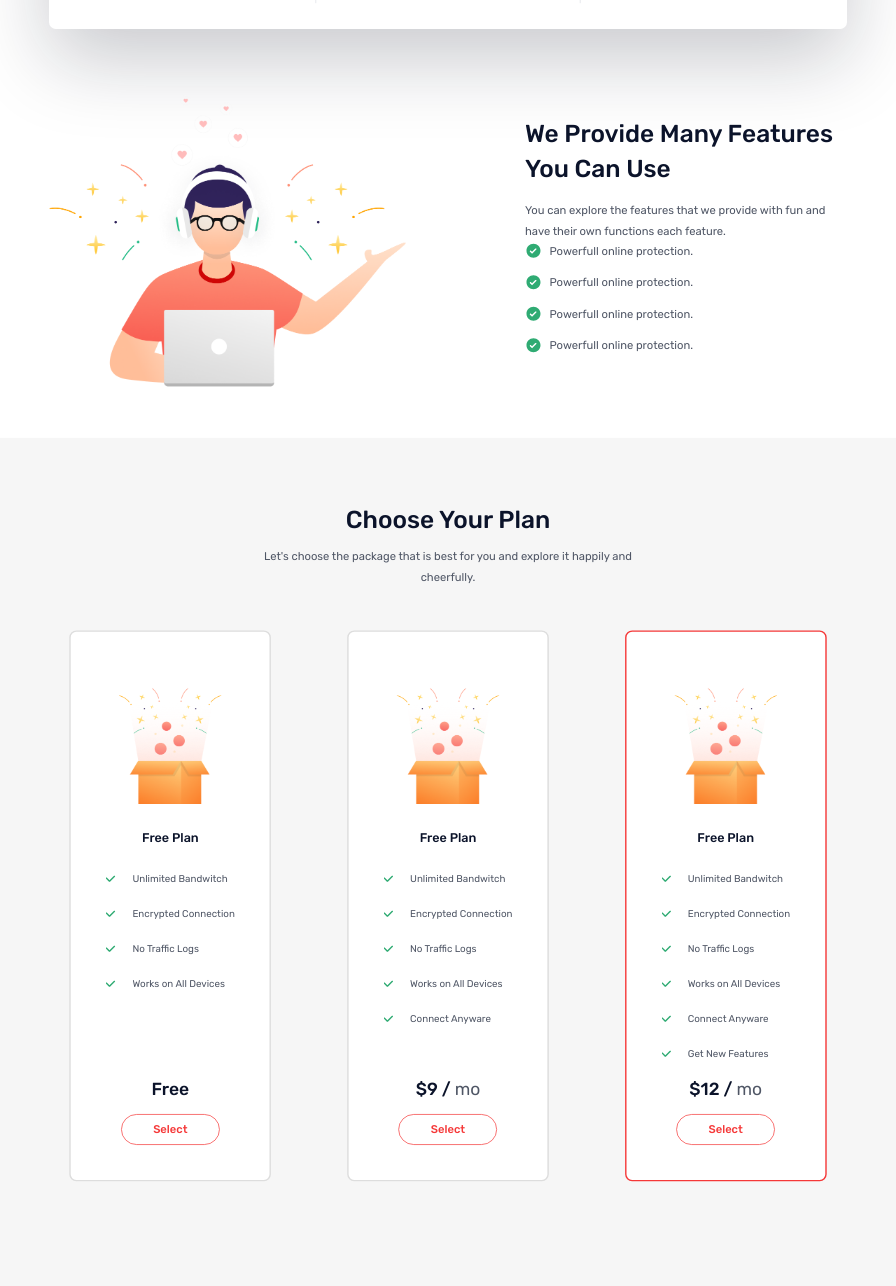
Repository: PhamTrungNguyen/LuyenTap
Page: LT_Figma/index.html
An editor plug-in stored every save of this project. The page is shown before and after the next save, followed by the edit.
The browser window is 1280 px wide. The pictures show the part of the page from y = 762 to 2682 px (the page is 2599 px tall before and 2682 px after), at 70% of full size.
Some web libraries are served in a nearby version. The style sheet was rebuilt from its Sass, Less or Tailwind sources for each picture, by a compiler version that may differ from the author's.

Above is the page before, as saved 2021-12-08 22:46:18.
Console error: TypeError: Cannot read properties of null (reading 'addEventListener')

After the next save:
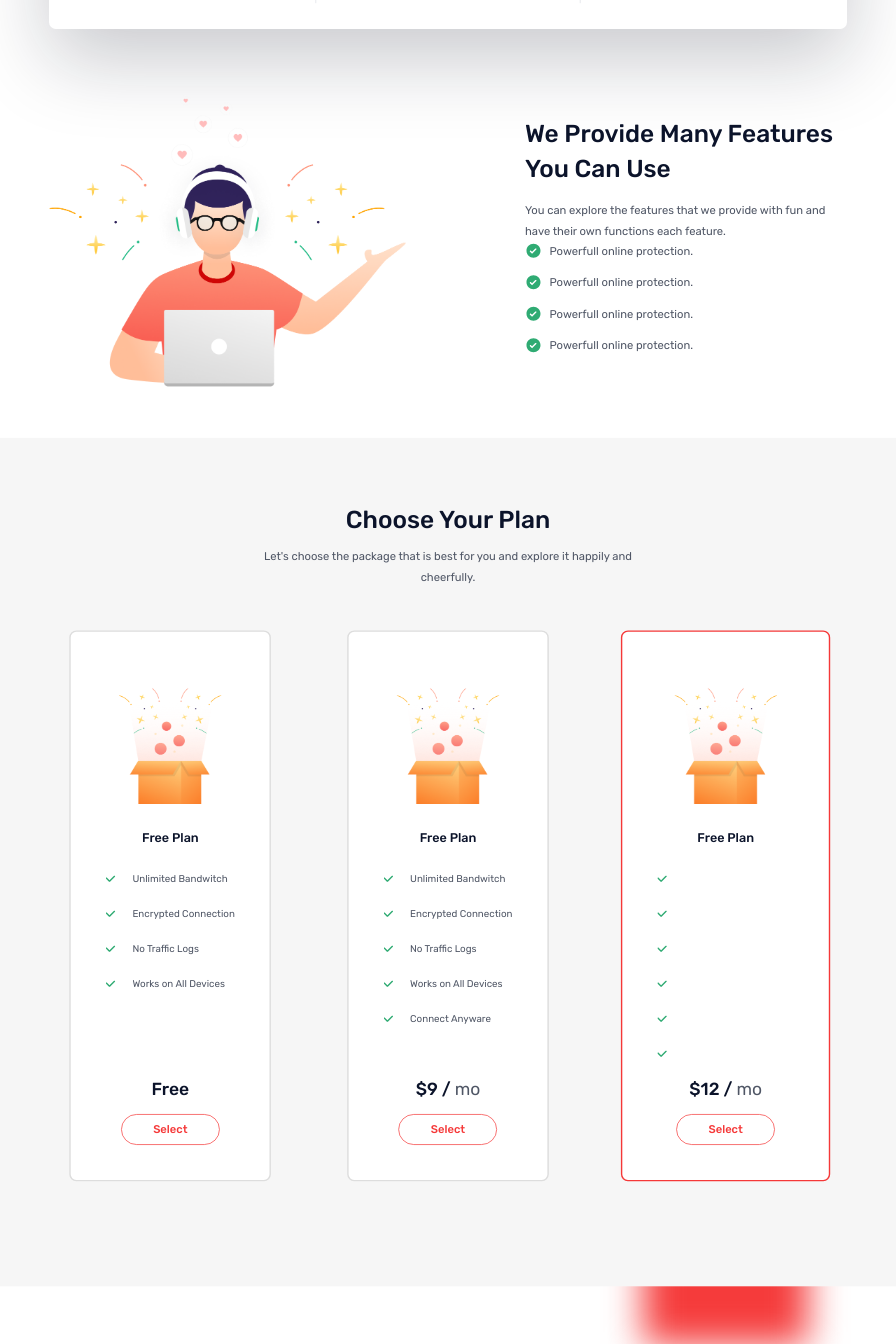
Saved 4 s later.
--- a/LT_Figma/index.html
+++ b/LT_Figma/index.html
@@ -197,7 +197,7 @@
                <a href="#" class="button button--outline">Select</a>
              </div>
 
-             <div class="plan-item plan-active button--">
+             <div class="plan-item plan-active button--primary">
                <div class="plan-item_image">
                  <img srcset="./images/plan.png 2x" alt="">
                </div>

After the save that followed:
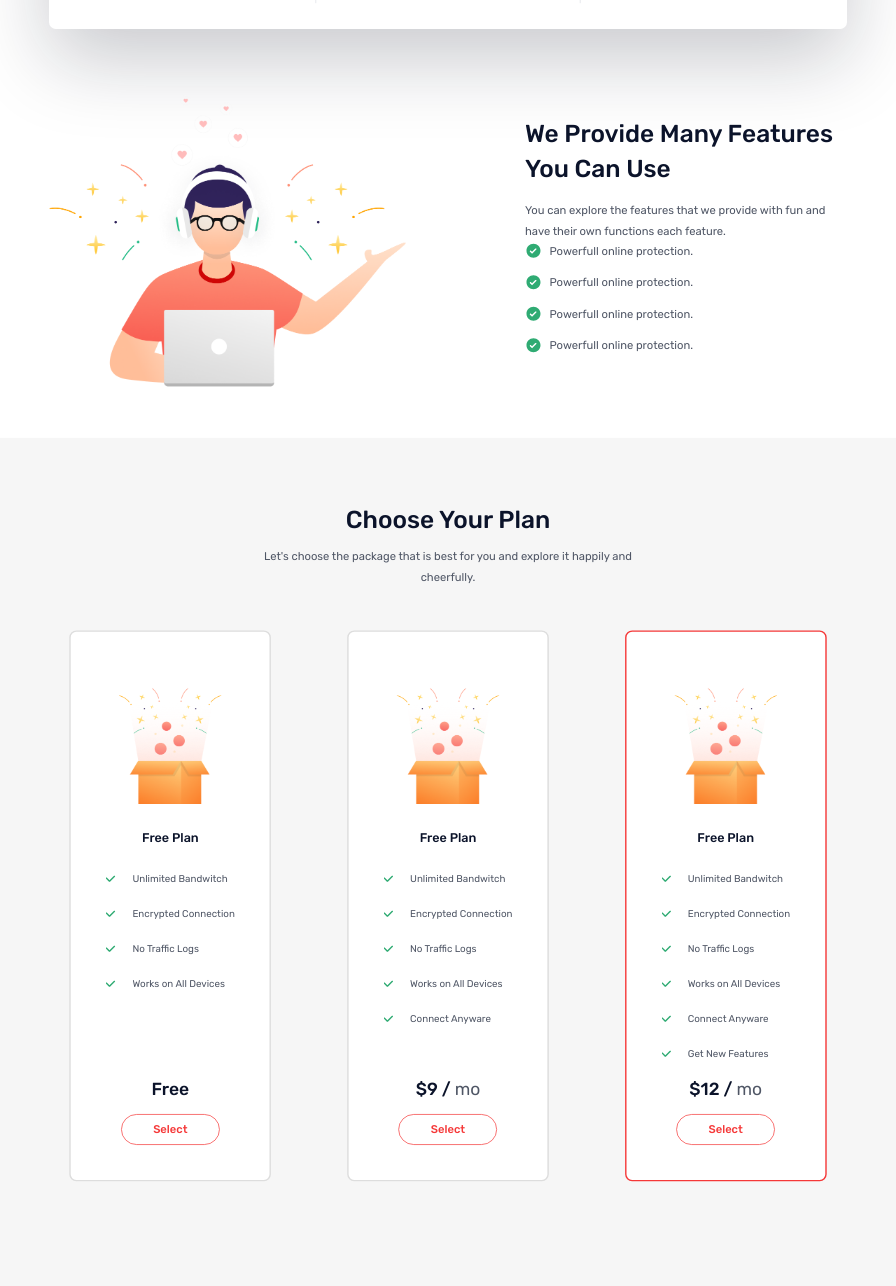
Saved 16 s later.
--- a/LT_Figma/index.html
+++ b/LT_Figma/index.html
@@ -197,7 +197,7 @@
                <a href="#" class="button button--outline">Select</a>
              </div>
 
-             <div class="plan-item plan-active button--primary">
+             <div class="plan-item plan-active">
                <div class="plan-item_image">
                  <img srcset="./images/plan.png 2x" alt="">
                </div>
